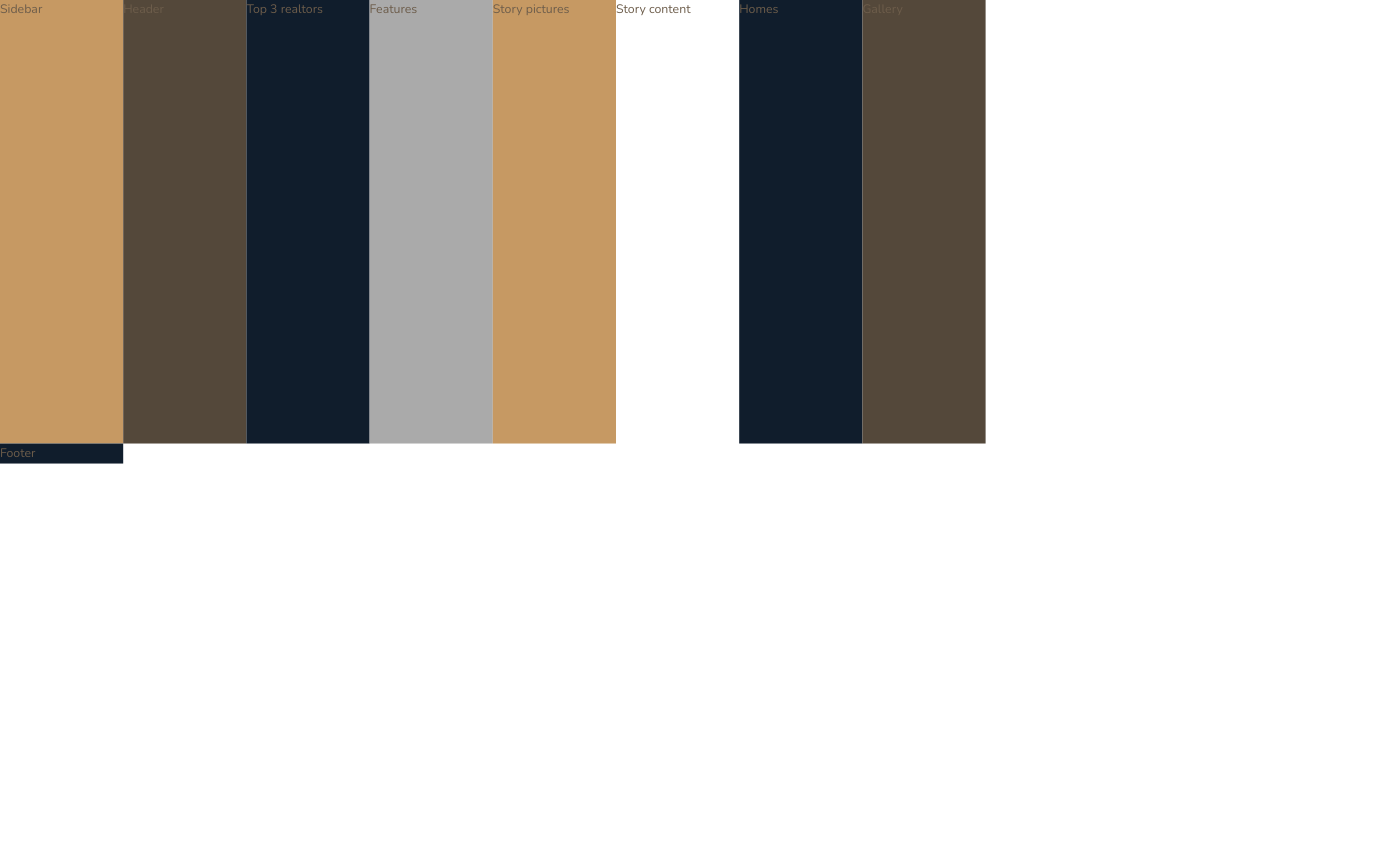
Repository: achwesiuk/nexter
Page: index.html
An editor plug-in stored every save of this project. The page is shown before and after the next save, followed by the edit.
The browser window is 1280 px wide. The page is 1280 px wide, then 1792 px, so the pictures cover 1792 px, including what lies to the right of the window. The pictures show the whole page, at 77% of full size.
The style sheet was rebuilt from its Sass, Less or Tailwind sources for each picture, by a compiler version that may differ from the author's.

Above is the page before, as saved 2021-02-19 08:28:58.

After the next save:
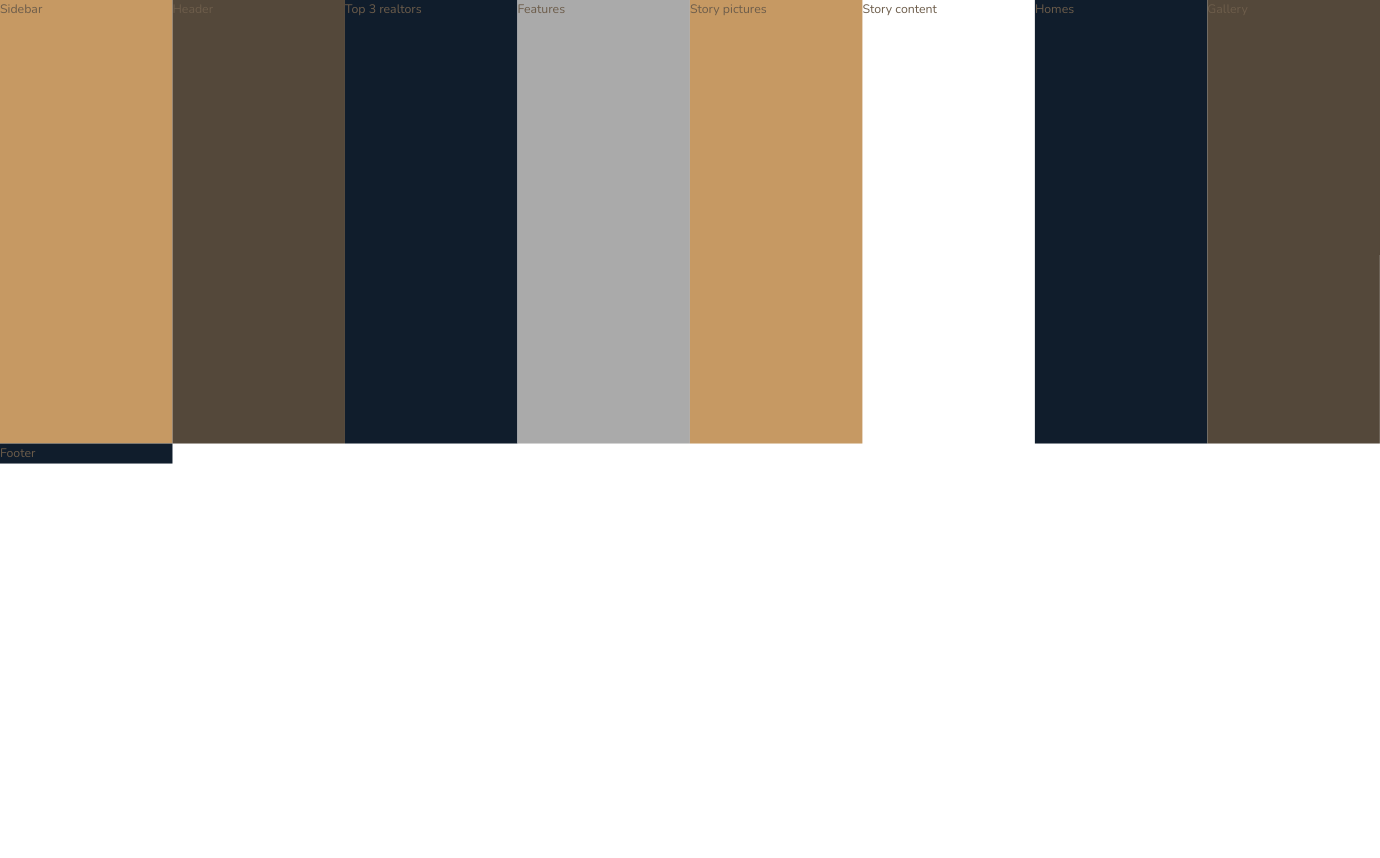
Saved 13 s later.
--- a/sass/_base.scss
+++ b/sass/_base.scss
@@ -43,5 +43,5 @@
     // 2. auto - domyślne, jeżeli nic nie będzie określone; również dopasowuje się do treści
     // 3. wiersz - wiersz uzależniony od szerokości układu (podczas zmiany szerokości widoku zmieniają się wymiary wiersza - zwęża się, rośnie)
     // 4, 5, 6 - wysokość wiersza uzależnione od jego zawartości
-    grid-template-columns: repeat(8, 1fr); // 1140 / 8 = 142.5px -> 14rem
+    grid-template-columns: repeat(8, 14rem); // 1140 / 8 = 142.5px -> 14rem
 }
